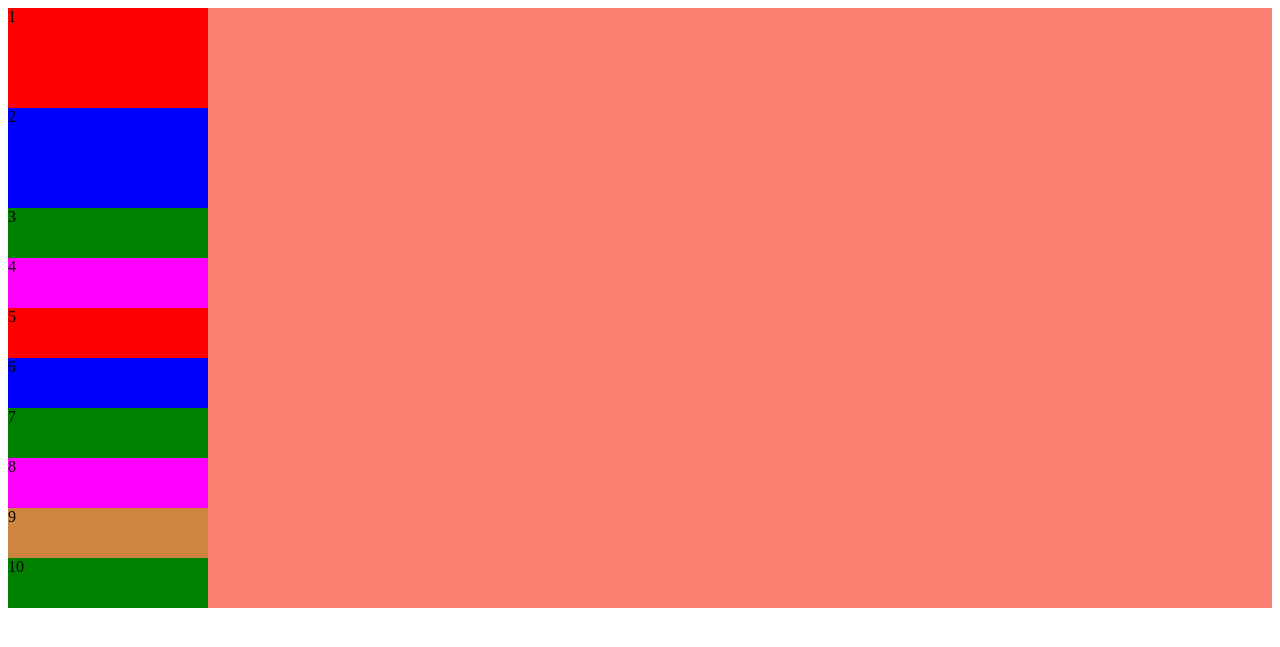
Repository: DinkarRavi/Dinkar_Coding
Page: 22aug24/grid.html
The author's editor kept a copy of each file at every save. The page is drawn from the files as they stood at one save, then again after the next save.
The browser window is 1280 px wide. The pictures show the whole page.

Above is the page before, as saved 2024-08-22 15:05:24.

After the next save:
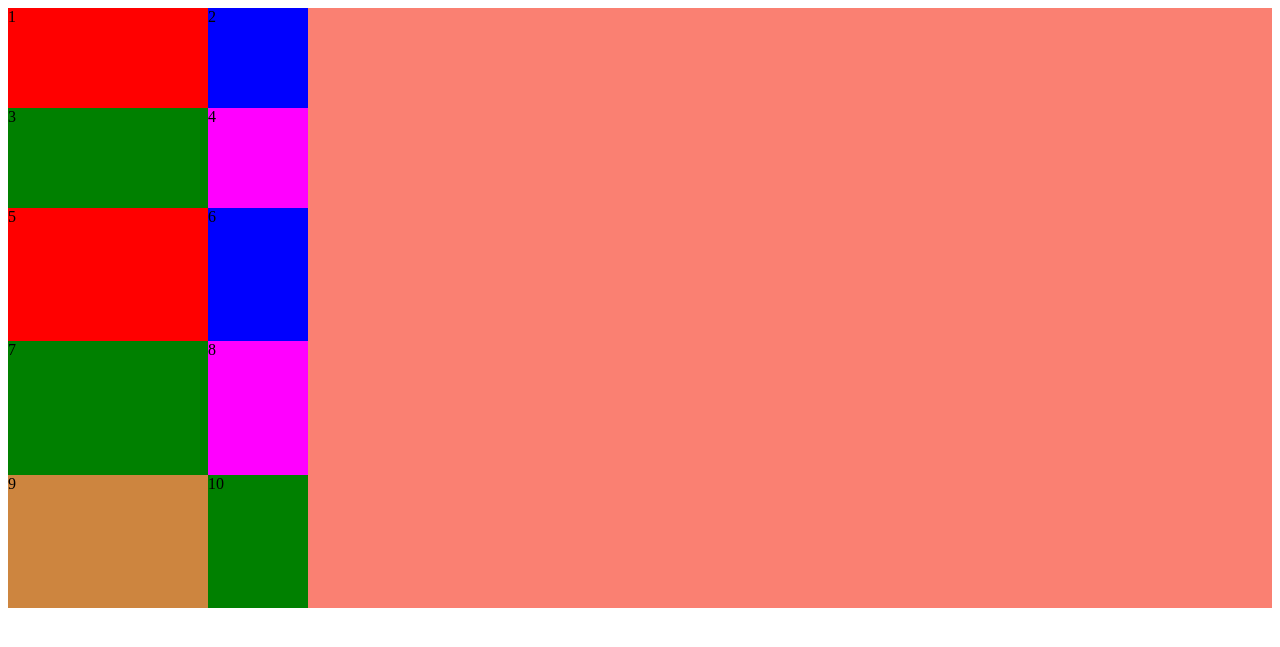
Saved 12 s later.
--- a/22aug24/grid.css
+++ b/22aug24/grid.css
@@ -5,7 +5,7 @@ border: 2px;
 background-color: salmon;
 height: 600px;
 display: grid;
-grid-template-columns: 200px;
+grid-template-columns: 200px 100px;
 grid-template-rows: 100px 100px;
 }
 div{
